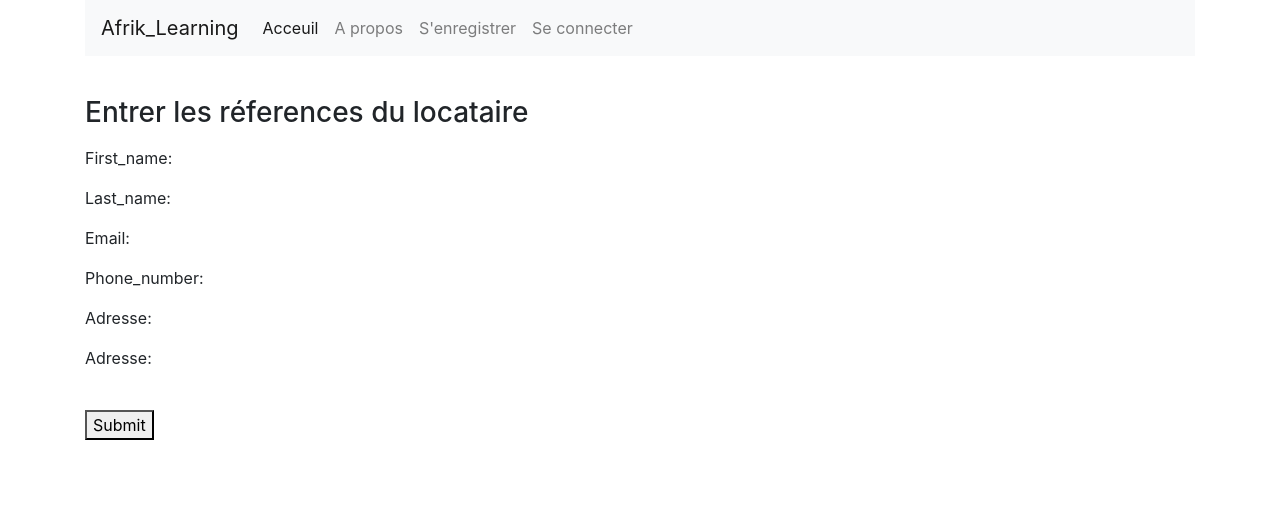
Repository: ZombreChristian/Di-Bootcamp
Page: http://localhost/
These files come from the project's save history. The page is drawn as it stood at one moment and after the next save; the edit follows.
The browser window is 1280 px wide. The pictures show the whole page.
Some web libraries are served in a nearby version. The page is served by the project's application, run on Django 4.2 (manage.py).

Above is the page before, as saved 2023-01-06 16:52:45.

After the next save:
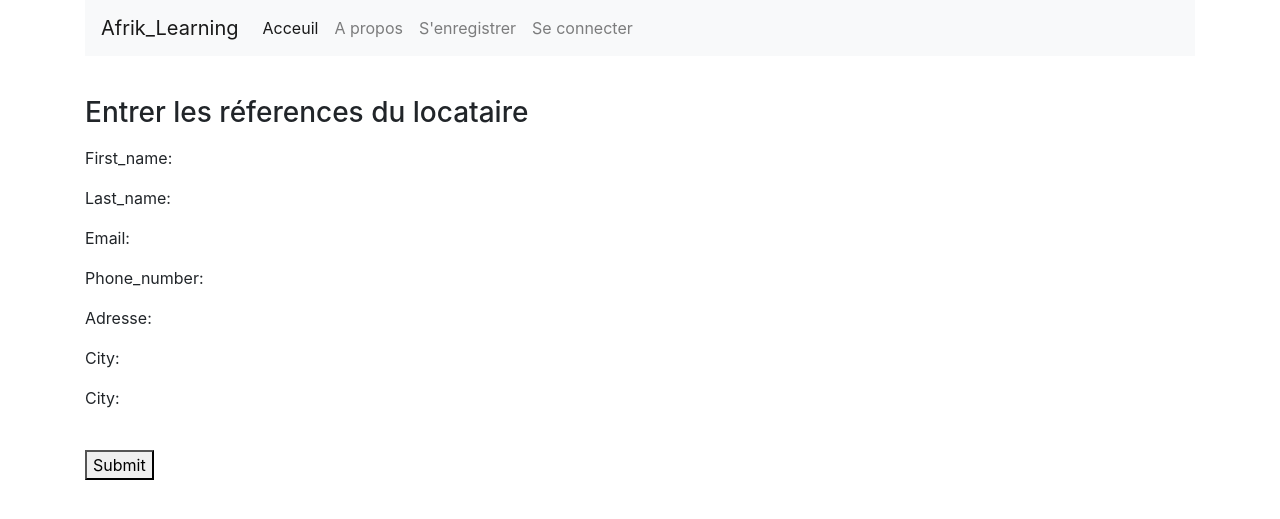
Saved 79 s later.
--- a/Week-8/Day-5/exercice/Mini-projet/rent/templates/rent/ajoutclient.html
+++ b/Week-8/Day-5/exercice/Mini-projet/rent/templates/rent/ajoutclient.html
@@ -24,7 +24,10 @@
             <p>Adresse:</p>{{ form.locataireLoyer }}
         </div>
         <div>
-            <p>Adresse:</p>{{ form.locataireLoyer }}
+            <p>City:</p>{{ form.locataireLoyer }}
+        </div>
+        <div>
+            <p>City:</p>{{ form.locataireLoyer }}
         </div>
         <div>
             <br>
